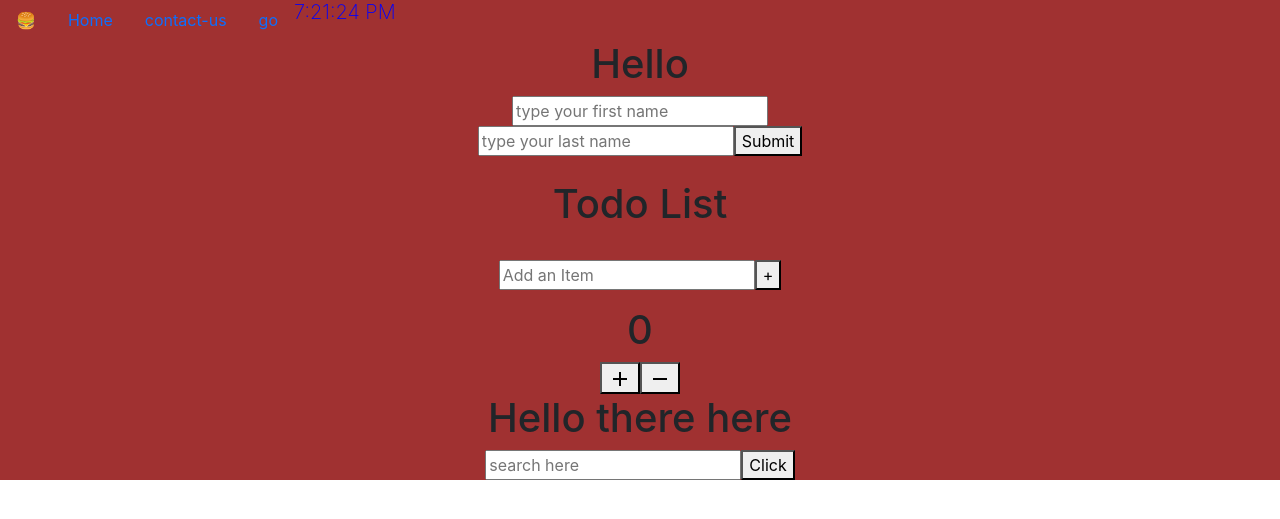
Repository: shah-zx/React-learning
Page: /
The author's editor kept a copy of each file at every save. The page is drawn from the files as they stood at one save, then again after the next save.
The browser window is 1280 px wide. The pictures show the whole page.
Some web libraries are served in a nearby version. The project was rebuilt for these pictures with package versions that can differ from the ones it lists, and the page was loaded fresh each time. Also part of the build but not shown: src/components/Greet.js, src/components/Welcome.js, src/components/Swagat.js, src/components/Namaste.js, src/components/Hello.js, src/components/ayiye.js, src/components/Message.js, src/components/Thought.js and 52 more. Imported but missing from the stored project, and not drawn on this page: src/components/Indexaskeyantipattern.

Above is the page before, as saved 2021-11-21 23:25:41.

After the next save:
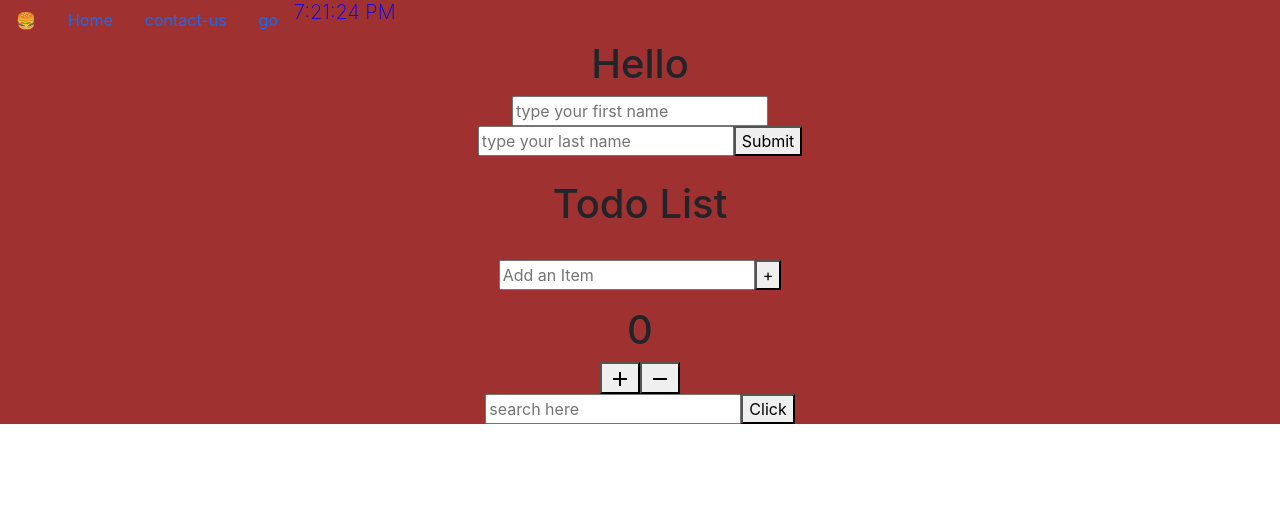
Saved 19 s later.
--- a/src/practice_components/Search.jsx
+++ b/src/practice_components/Search.jsx
@@ -21,7 +21,7 @@ function Search() {
 
     return (
         <div>
-            <h1>Hello there {text} here</h1>
+            {/* <h1>Hello there {text} here</h1> */}
             <input onChange = {handleThat}
              type="text"
              placeholder = "search here "
